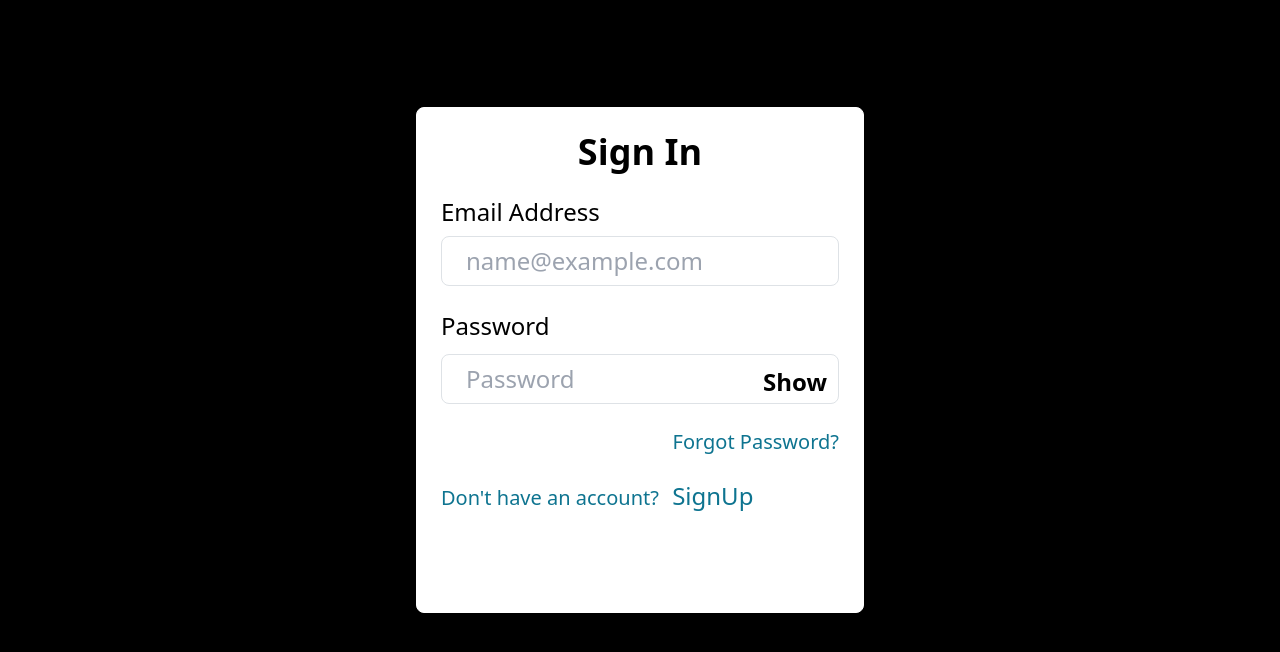
Repository: sayyad-mukthumsa-123/Movie-Verse
Page: /login (app in frontend/)
These files come from the project's save history. The page is drawn as it stood at one moment and after the next save; the edit follows.
The browser window is 1280 px wide. The pictures show the whole page.
The page's requests for data from a server got no answer. The project was rebuilt for these pictures with package versions that can differ from the ones it lists, and the page was loaded fresh each time. No one was signed in, and anything a server would have sent is missing. Also part of the build but not shown: frontend/src/pages/Welcome.jsx, frontend/src/components/Logout.jsx, frontend/src/components/Navbar.jsx, frontend/src/components/Cards.jsx, frontend/src/pages/Home.jsx, frontend/src/components/AvatarSelection.jsx, frontend/src/pages/SignUp.jsx, frontend/src/pages/MovieRecommendations.jsx and 17 more.

Above is the page before, as saved 2025-02-18 22:35:05.

After the next save:
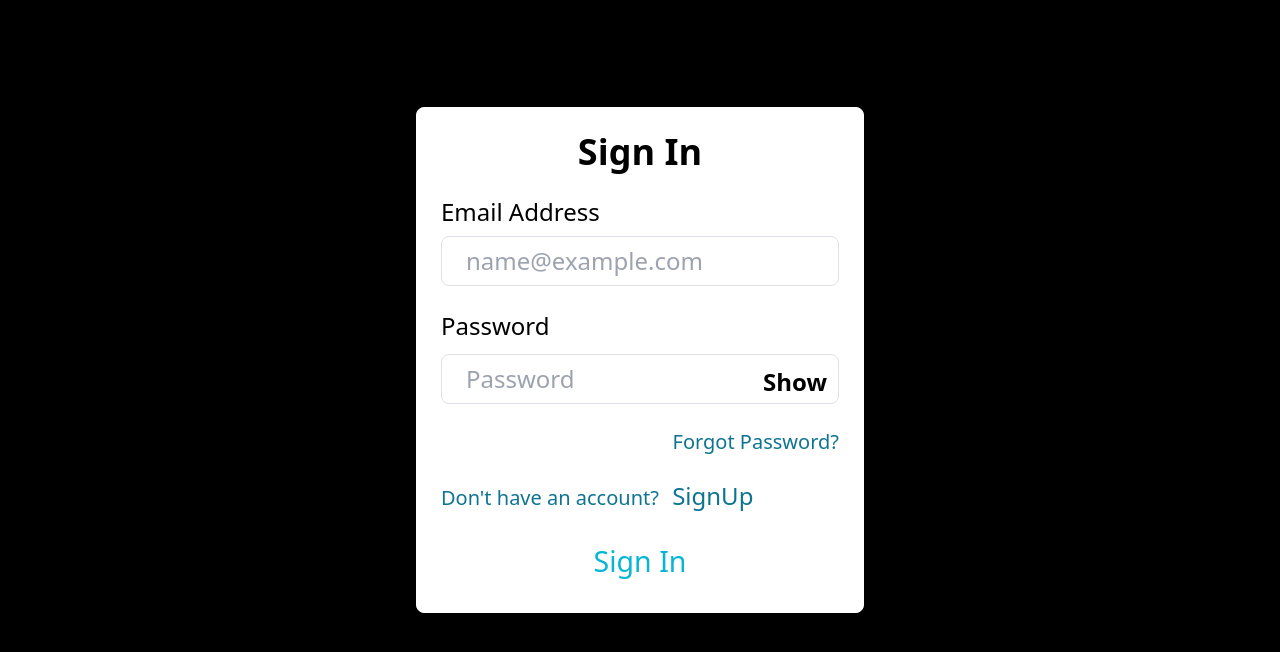
Saved 8 s later.
--- a/frontend/src/pages/SignIn.jsx
+++ b/frontend/src/pages/SignIn.jsx
@@ -124,7 +124,7 @@
           </div>
           <button
             type="submit"
-            className="w-full scale-95 bg-white text-3xl text-white py-2 px-4 rounded-lg hover:bg-green-700 focus:outline-none hover:scale-100 transition-transform"
+            className="w-full scale-95 bg-white text-3xl text-cyan-500 py-2 px-4 rounded-lg hover:bg-green-700 focus:outline-none hover:scale-100 transition-transform"
           >
             Sign In
           </button>
